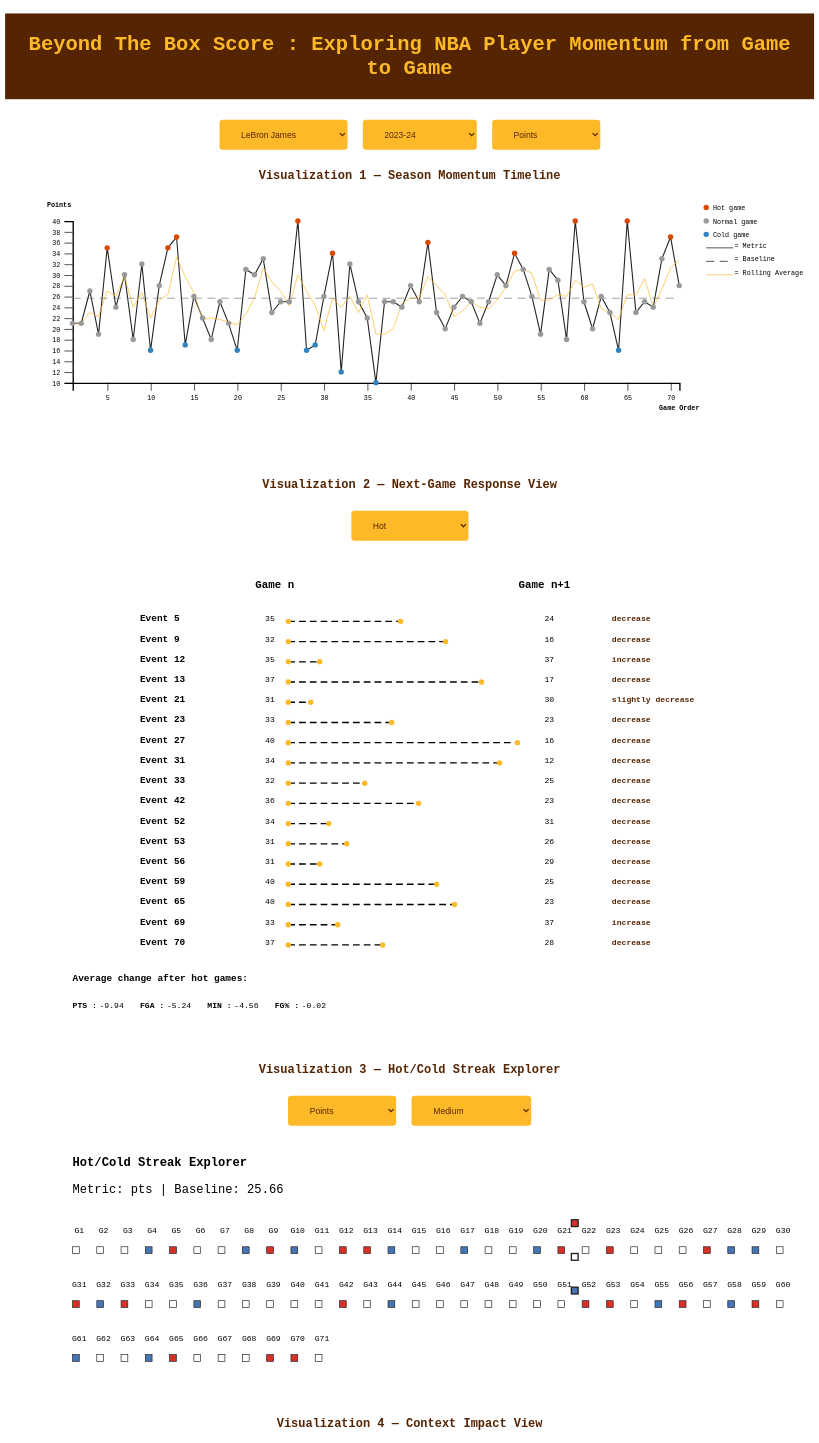
Repository: houdafatih/Data-Viz-Project
Page: index.html
The author's editor kept a copy of each file at every save. The page is drawn from the files as they stood at one save, then again after the next save.
The browser window is 1280 px wide. The pictures show the whole page, at 64% of full size.

Above is the page before, as saved 2026-06-21 02:56:16.

### index.html
<!DOCTYPE html>
<html>
   <head>
    <meta charset="UTF-8"/>
    <title>Beyond The Box Score</title>
    <link rel="stylesheet" href="style.css" >
  </head>
  <body>
     <h1>Beyond The Box Score : Exploring NBA Player Momentum from Game to Game</h1>

     <div class="selection">
        <select id="playerSelect">
            <option selected disabled>Select a Player</option>
        </select>

        <select id="seasonSelect">
            <option selected disabled>Select a Season</option>
        </select>

        <select id="metricSelect">
            <option selected disabled>Select a metric</option>
            <option value="pts">Points</option>
            <option value="fga">FGA</option>
            <option value="min">Minutes</option>
            <option value="fg_pct">FG%</option>
            <option value="plus_minus">Plus/Minus</option>
        </select>
     </div>

     <h3>Visualization 1 — Season Momentum Timeline</h3>
     <div id="vizual1"></div>

     <h3>Visualization 2 — Next-Game Response View</h3>
     <div class="selection">
        <select id="performanceSelect">
            <option selected disabled>Select event type</option>
            <option value="all">All</option>
            <option value="hot">Hot</option>
            <option value="cold">Cold</option>
            <option value="normal">Normal</option>
        </select>
     </div>
     <div id="vizual2"></div>

     <h3>Visualization 3 — Hot/Cold Streak Explorer</h3>
     <div class="selection">
        <select id="metricSelectV3">
            <option selected disabled>Select a metric</option>
            <option value="pts">Points</option>
            <option value="fga">FGA</option>
            <option value="min">Minutes</option>
            <option value="fg_pct">FG%</option>
            <option value="plus_minus">Plus/Minus</option>
        </select>
        <select id="thresholdSelect">
        <option selected disabled>Select a threshold</option>
            <option value="loose">Loose</option>
            <option value="medium">Medium</option>
            <option value="strict">Strict</option>
        </select>
     </div>
     <div id="vizual3"></div>


     <h3>Visualization 4 — Context Impact View</h3>
     <div id="vizual4"></div>

  </body>
  <script src="https://d3js.org/d3.v7.min.js"></script>
  <script type="module" src="index.js"></script>
</html>

### style.css
body{
    padding: 0px;
}
h1{
  text-align: center;
  font-size: 2rem;
  font-family: "Courier New", Courier, monospace;
  color : #fdb927;
  background-color: #552503;
  padding: 30px;

}
.selection{
    text-align: center;
}
select{
    margin: 10px;
    padding: 15px 30px;
    border-radius: 5px;
    border: none;
    background: #fdb927;
    color:#552503;

}
select option:hover{
    background-color: #fdb927;
}



h3{
    color: #552503;
    font-family: "Courier New", Courier, monospace;
    text-align: center;
}
.tick{
    font-size: 5px;
}
line{
    stroke-width: 0.5px;
}
.label{
    color: #552503;
    font-family: "Courier New", Courier, monospace;
    font-weight: bold;
}

.tooltip{
    position: fixed;
    background: wheat;
    border: 1px solid #ccc;
    padding: 10px;
    font-size: 15px;
    opacity: 0;
    pointer-events: none;

}
text{
    font-family: "Courier New", Courier, monospace;
}
.tooltip2{
    position: fixed;
    background: #fdb927;
    border: 1px solid #ccc;
    padding: 10px;
    font-size: 15px;
    visibility: hidden;
    pointer-events: none;
}
.line2{
    stroke-width: 1px;
}

### index.js
import {playersData,seasonData} from "./scripts/utils.js";
import { drawVisualization1 } from "./scripts/visualization1.js";
import { drawVisualization2 } from "./scripts/visualization2.js";
import { drawVisualization3 } from "./scripts/visualization3.js";

d3.csv("data/nba.csv").then(function(data){

   data.forEach(element => {
        element.player_id = +element.player_id
        element.game_index = +element.game_index
        element.pts = +element.pts
        element.fga = +element.fga
        element.min = +element.min
        element.fg_pct = +element.fg_pct
        element.plus_minus = +element.plus_minus
        element.next_pts = +element.next_pts
        element.next_fga = +element.next_fga
        element.next_min = +element.next_min
        element.next_fg_pct = +element.next_fg_pct
        element.rolling_pts_avg_3 = +element.rolling_pts_avg_3
        element.baseline_pts = +element.baseline_pts
        element.pts_diff_from_baseline = +element.pts_diff_from_baseline
        element.streak_length = +element.streak_length
   });

   playersData(data)
   seasonData(data)

   const nba_data = data

   d3.select("#playerSelect").property("value",nba_data[0].player_name)

   d3.select("#seasonSelect").property("value",nba_data[0].season_year)

   d3.select("#metricSelect").property("value","pts")

   d3.select("#performanceSelect").property("value","hot")

   d3.select("#metricSelectV3").property("value","pts")

   d3.select("#thresholdSelect").property("value","medium")

   updateVisualizations(nba_data)


   d3.select("#playerSelect").on("change",() => updateVisualizations(nba_data))
   d3.select("#seasonSelect").on("change",() => updateVisualizations(nba_data))
   d3.select("#metricSelect").on("change",() => updateVisualizations(nba_data))
   d3.select("#performanceSelect").on("change",() => updateVisualizations(nba_data))
   d3.select("#metricSelectV3").on("change",() => updateVisualizations(nba_data))
   d3.select("#thresholdSelect").on("change",() => updateVisualizations(nba_data))

})

function updateVisualizations(nba_data){
    const player = d3.select("#playerSelect").property("value")
    const season = d3.select("#seasonSelect").property("value")
    const metric = d3.select("#metricSelect").property("value")

    const eventT = d3.select("#performanceSelect").property("value")

    const metricv3 = d3.select("#metricSelectV3").property("value")
    const threshold =d3.select("#thresholdSelect").property("value")

    if(player === "Select a Player" || season === "Select a Season" || metric === "Select a metric"){
        return
    }

    let data_filter = nba_data.filter(d => d.player_name === player && d.season_year == season)
    drawVisualization1(data_filter,"#vizual1",metric)

    if(eventT === "Select event type"){
        return
    }
    drawVisualization2(data_filter,"#vizual2",metric,eventT)

    if(metricv3 === "Select a metric" || threshold === "Select a threshold"){
        return
    }
    drawVisualization3(data_filter,"#vizual3",metricv3,threshold)
}

### scripts/utils.js
export function playersData(data){
    const players_list = [...new Set(data.map(dt => dt.player_name))]

    d3.select("#playerSelect").selectAll(".players-options").data(players_list)
    .enter().append("option").attr("class","players-options").attr("value",dt=>dt).text(dt => dt)
}

export function seasonData(data){
    const seasons_list = [...new Set(data.map(dt => dt.season_year))]
    d3.select("#seasonSelect").selectAll(".seasons-options").data(seasons_list)
    .enter().append("option").attr("class","seasons-options").attr("value",dt=>dt).text(dt => dt)
}

### scripts/visualization2.js
export function drawVisualization2(data,id,metric,eventT){
    if(data.length === 0) {
        clearCanvas(id)
        return
    }


     let new_data = createData(data,metric)

     if(eventT !== "all"){
        new_data = new_data.filter(d => performance_filter(d.current_g,data,metric) === eventT)
     }

     const canvas = createCanvas(new_data)

     clearCanvas(id)

     const svg = addSvg(id,canvas)

     draw_Header(svg,200,400)
     draw_Rows(svg,new_data,200,400,canvas.margin,15)
     addSummaryCard(svg,new_data,eventT,canvas)

}
function createCanvas(new_data){
    return{
        width : 600, height: 100 + new_data.length *16 , margin:{top: 20,right:100, bottom:60, left:50}
    }
}

function clearCanvas(id){
    d3.select(id).html("")
}

function addSvg(id,canvas){
    return d3.select(id).append("svg").attr("viewBox",`0 0 ${canvas.width} ${canvas.height}`)
}

function createData(data,metric){
   const new_data = data.slice().sort((a,b) => a.game_index - b.game_index)

   return new_data.slice(0,-1).map((d,j) => {
      const nextG = new_data[j+1]

      return {
        eventN: j+1,
        game_idx : d.game_index,
        nextg_index : nextG.game_index,
        current_v: d[metric],
        next_v : nextG[metric],
        difference : nextG[metric] - d[metric],
        current_g : d,
        next_g : nextG
      }
   })
}

function draw_Header(svg,left,right){
    svg.append("text").attr("x",left).attr("y",30)
    .attr("text-anchor","middle").attr("font-weight","bold").attr("font-size","8px").text("Game n")

    svg.append("text").attr("x",right).attr("y",30)
    .attr("text-anchor","middle").attr("font-weight","bold").attr("font-size","8px").text("Game n+1")

}

function draw_Rows(svg,new_data,left,right,margin,r_height){
    const tooltip = toolTip2(new_data)

    const rows = svg.selectAll(".response-row").data(new_data).enter()
     .append("g").attr("class","response-row")
     .attr("transform",(d,j) => `translate(0,${margin.top+j*r_height})`)

    rows.append("text").attr("x",100).attr("y",35).text(d =>`Event ${d.eventN}` )
     .attr("font-size","7px").attr("font-weight","bold")
    rows.append("text").attr("x",left).attr("y",35).attr("text-anchor","end").text(d => d.current_v).attr("font-size","6px")

    const line_scale = d3.scaleLinear().domain([0,d3.max(new_data, d => Math.abs(d.difference))]).range([20,180])

    rows.append("line").attr("x1",left+10).attr("class","line2")
    .attr("x2",d => { const l= line_scale(Math.abs(d.difference))
        return left+l

    })
    .attr("y1",35).attr("y2",35).attr("stroke","black").attr("stroke-dasharray","5 3")
    .on("mouseover",function(event,d){
        tooltip.style("visibility","visible").html(tooltipInformations2(d))
     })
     .on("mousemove",function(event){
        tooltip.style("left",event.clientX+15+"px")
          .style("top",event.clientY-20+"px")
     })
     .on("mouseout",function(){
        tooltip.style("visibility","hidden")
     })

    rows.append("circle").attr("cx",left+10).attr("cy",35).attr("r",2).attr("fill","#fdb927")
    rows.append("circle").attr("cx",d => { const l= line_scale(Math.abs(d.difference))
        return left+l

    }).attr("cy",35).attr("r",2).attr("fill","#fdb927")

    rows.append("text").attr("x",right).attr("y",35).text(d => d.next_v).attr("font-size","6px")

    rows.append("text").attr("x",right+50).attr("y",35).text(d => difference_label(d.difference))
    .attr("font-size","6px").attr("fill","#552503").attr("font-weight","bold")

}

function difference_label(diff){
    if(diff > 1) return "increase"
    if(diff < -1) return "decrease"
    if(diff < 0) return "slightly decrease"
    if(diff > 0) return "slightly increase"
    return "stable"
}

function performance_filter(d,data,metric){
   const bLine = d3.mean(data,dt => dt[metric])
   const th = Math.abs(bLine) * 0.2
   const dv = d[metric] - bLine

   if(dv > th) return "hot"
   if(dv < -th) return "cold"
   return "normal"
}

function addSummaryCard(svg,new_data,eventT,canvas){

    svg.append("text").attr("x",50).attr("y",canvas.height-50)
    .attr("font-weight","bold").text(`Average change after ${eventT} games:`).attr("font-size","7px")

    const metrics_change = new_data.map(d => {
        const pts = d.current_g["next_pts"] - d.current_g["pts"]
        const fga = d.current_g["next_fga"] - d.current_g["fga"]
        const min = d.current_g["next_min"] - d.current_g["min"]
        const fg_pct = d.current_g["next_fg_pct"] - d.current_g["fg_pct"]

        return {"pts":pts,"fga":fga,"min":min,"fg_pct":fg_pct}
    })

    const means = [
        {"avg":d3.mean(metrics_change,d => d.pts),"name":"PTS"},
        {"avg":d3.mean(metrics_change,d => d.fga),"name":"FGA"},
        {"avg":d3.mean(metrics_change,d => d.min),"name":"MIN"},
        {"avg":d3.mean(metrics_change,d => d.fg_pct),"name":"FG%"}
    ]

    means.forEach((element,i) => {
        let position = canvas.margin.left+i*50
        svg.append("text").attr("x",position).attr("y",canvas.height-30)
        .attr("font-size","6px").attr("font-weight","bold")
        .text(`${element.name} : `)
        svg.append("text").attr("x",position+20).attr("y",canvas.height-30)
        .attr("font-size","6px")
        .text(`${element.avg.toFixed(2)}`)

    });

}

function toolTip2(){
    let tooltip = d3.select("body").select(".tooltip2")
    if(tooltip.empty()){
        tooltip = d3.select("body").append("div").attr("class","tooltip2")
    }

    return tooltip
}

function tooltipInformations2(data){
    console.log(data)
    return `<strong> Game n - Date: ${data.current_g["game_date"]} </strong><br>
            <strong> Game n - Opponent: ${data.current_g["opponent"]} </strong><br>
            <strong> Game n - Points: ${data.current_g["pts"]} </strong><br>
            <strong> Game n+1 - Date: ${data.next_g["game_date"]} </strong><br>
            <strong> Game n+1 - Opponent: ${data.next_g["opponent"]} </strong><br>
            <strong> Game n+1 - Points: ${data.next_g["pts"]} </strong><br>
    `
}

### scripts/visualization3.js

const colors_labels = [
    {lab:"Hot games",color:"#d73027"},
    {lab:"Normal games",color:"#fff"},
    {lab:"Cold games",color:"#4575b4"}
]
export function drawVisualization3(data,id,metric,threshold){
     if(data.length === 0) {
        clearCanvas(id)
        return
    }
     const canvas = createCanvas()

     clearCanvas(id)

     const svg = addSvg(id,canvas)

     const baseline_classif = calculateBaselineAndClassifyGames(data,metric)
     const scale = colorScale()

     addTitle(svg,canvas,baseline_classif.baseline,metric)

     addLablels(svg,baseline_classif.classification,canvas)

     addCells(svg,baseline_classif.classification,canvas,scale)

     addLegends(svg,canvas)

}

function createCanvas(){
    return{
        width : 600, height: 200, margin:{top: 20,right:100, bottom:60, left:50}
    }
}

function clearCanvas(id){
    d3.select(id).html("")
}

function addSvg(id,canvas){
    return d3.select(id).append("svg").attr("viewBox",`0 0 ${canvas.width} ${canvas.height}`)
}

function calculateBaselineAndClassifyGames(data,metric)
{
  const baseline = d3.mean(data,dt=> dt[metric])

  const classification = data.map((d,j)=> {
    let perf_label = ""
    if(d[metric] > baseline + 5){
        perf_label = "hot"
    }else if(d[metric] < baseline - 5){
        perf_label = "cold"
    }
    else perf_label = "normal"

    return {
        ...d,
        g_num : j+1,
        perf_label:perf_label,
        difference : d[metric] - baseline
    }
  })

    return{
        baseline : baseline,
        classification : classification
    }
}

function colorScale(){
    const color_sc = d3.scaleOrdinal()
    .domain(["hot","normal","cold"])
    .range(["#d73027","#fff","#4575b4"])
    return color_sc
}

function addTitle(svg,canvas,baseline,metric){
    svg.append("text").attr("x",canvas.margin.left).attr("y",25).attr("font-size","9px")
    .attr("font-weight","bold").text("Hot/Cold Streak Explorer")

    svg.append("text").attr("x",canvas.margin.left).attr("y",45).attr("font-size","9px")
    .text(`Metric: ${metric} | Baseline: ${baseline.toFixed(2)}`)
}

function addLablels(svg, classification,canvas){
    const num = 30
    svg.selectAll(".game-label").data(classification).enter().append("text").attr("class","game-label")
    .attr("x",(d,j) => canvas.margin.left + (j%num) * 18 + 10 /2).attr("y",(d,j) => 75 + (Math.floor(j/num))*40)
    .attr("text-anchor","middle").attr("font-size","6px").text(d => `G${d.g_num}`)
}

function addCells(svg, classification,canvas,scale){
    const num = 30
    svg.selectAll(".game-cell").data(classification).enter().append("rect").attr("class","game-cell")
    .attr("x",(d,j) => canvas.margin.left + (j%num) * 18).attr("y",(d,j) => 85 + (Math.floor(j/num))*40).attr("width",5).attr("height",5)
    .attr("fill",d => scale(d.perf_label)).attr("stroke","#222").attr("stroke-width",0.5)
}

function addLegends(svg,canvas){
    svg.selectAll(".legend-rec").data(colors_labels).enter().append("rect").attr("class",".legend-rec")
    .attr("x",canvas.width-180).attr("y",(d,j) => 65 + j * 25)
    .attr("width",5).attr("height",5).attr("fill",d => d.color).attr("stroke","#222")
}

Loaded but not shown: scripts/visualization1.js (197 lines, source omitted)

After the next save:
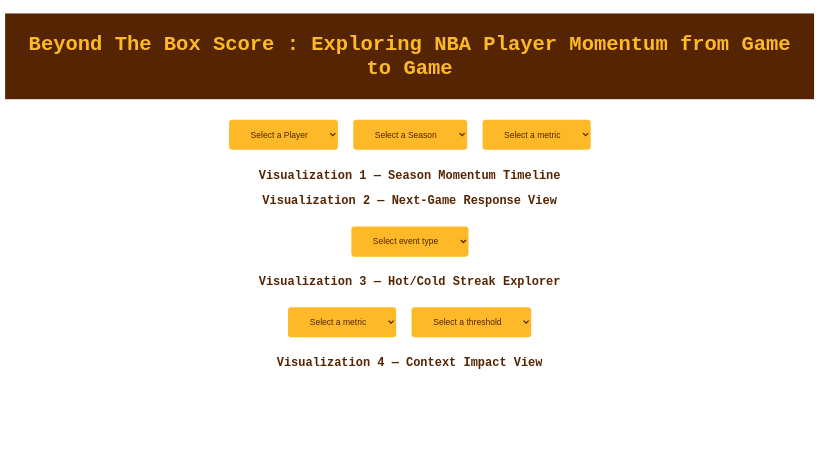
Console error: SyntaxError: Unexpected token '}'
Saved 92 s later.
--- a/scripts/visualization3.js
+++ b/scripts/visualization3.js
@@ -100,6 +100,10 @@
 
 function addLegends(svg,canvas){
     svg.selectAll(".legend-rec").data(colors_labels).enter().append("rect").attr("class",".legend-rec")
-    .attr("x",canvas.width-180).attr("y",(d,j) => 65 + j * 25)
+    .attr("x",canvas.width - 180).attr("y",(d,j) => 65 + j * 25)
     .attr("width",5).attr("height",5).attr("fill",d => d.color).attr("stroke","#222")
+
+    svg.selectAll(".legend-tex").data(colors_labels).enter().append("text").attr("class",".legend-tex")
+    .attr("x",canvas.width-155).attr("y",(d,j) => 76 + j * 25).attr("font-size","8px").text(d => d.lab)
+    .
 }

After the save that followed:
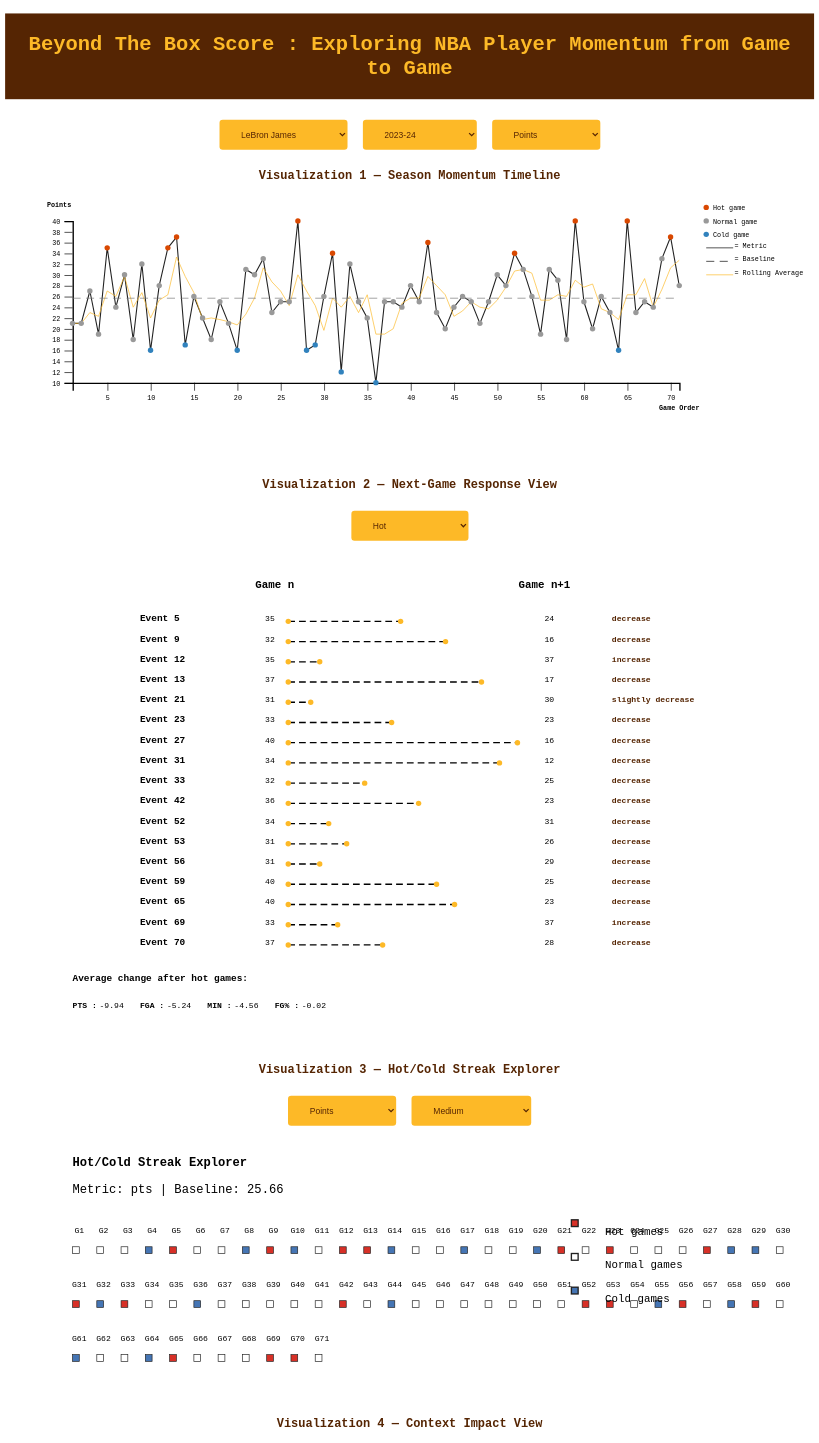
The error is gone.
Saved 4 s later.
--- a/scripts/visualization3.js
+++ b/scripts/visualization3.js
@@ -105,5 +105,4 @@
 
     svg.selectAll(".legend-tex").data(colors_labels).enter().append("text").attr("class",".legend-tex")
     .attr("x",canvas.width-155).attr("y",(d,j) => 76 + j * 25).attr("font-size","8px").text(d => d.lab)
-    .
 }
